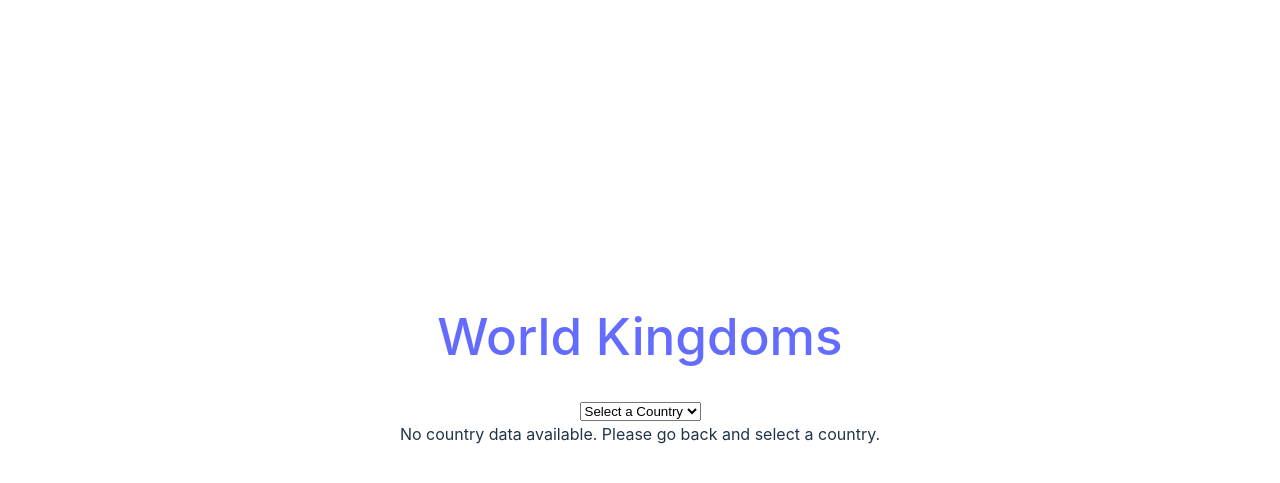
Repository: GloGlorGloria/COMP3170-lab7
Page: /
The author's editor kept a copy of each file at every save. The page is drawn from the files as they stood at one save, then again after the next save.
The browser window is 1280 px wide. The pictures show the whole page.
The page's requests for data from a server got no answer. The project was rebuilt for these pictures with package versions that can differ from the ones it lists, and the page was loaded fresh each time. No one was signed in, and anything a server would have sent is missing. Also part of the build but not shown: vite.config.js.

Above is the page before, as saved 2024-11-23 14:03:06.

After the next save:
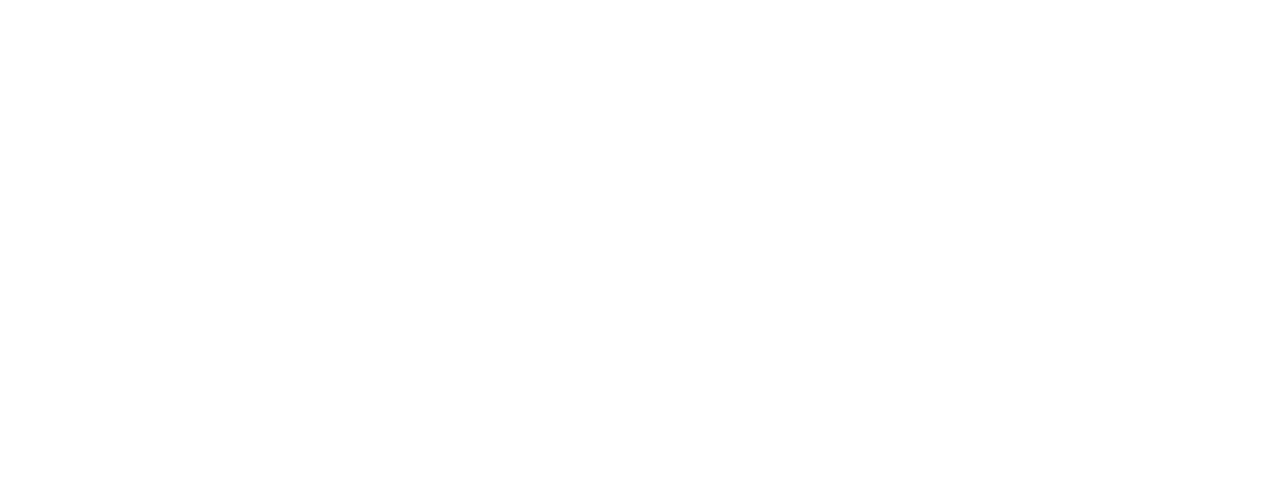
Console error: ReferenceError: Outlet is not defined
Saved 77 s later.
--- a/src/components/Countries.jsx
+++ b/src/components/Countries.jsx
@@ -34,6 +34,7 @@
     const selectedCountry = countries.find((country) => country.name.common === countryName);
     console.log(selectedCountry);
     console.log(`/countries/${selectedCountry.cca2}`);
+
     if (countryName === "Select a Country") {
       navigate("/");
       return;
@@ -58,7 +59,7 @@
         </select>
       </div>
 
-      <Details/>
+      <Outlet/>
 
 
       </div>

After the save that followed:
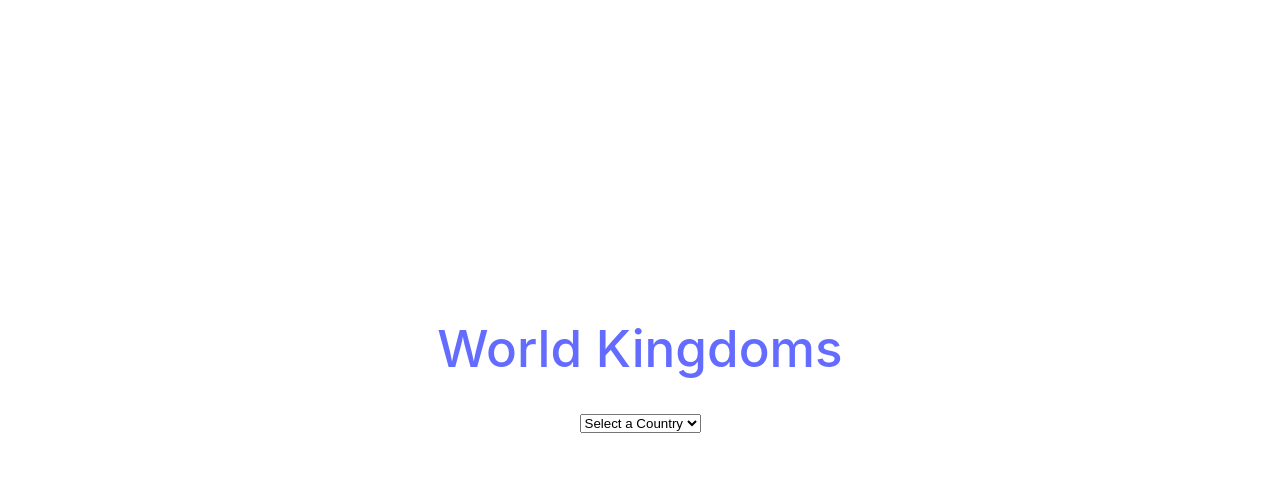
The error is gone.
Saved 16 s later.
--- a/src/components/Countries.jsx
+++ b/src/components/Countries.jsx
@@ -1,5 +1,5 @@
 import { useEffect, useState } from 'react';
-import { Link, useNavigate, NavLink} from "react-router-dom";
+import { Link, useNavigate, NavLink, Outlet} from "react-router-dom";
 import Details from './Details';
 
 
